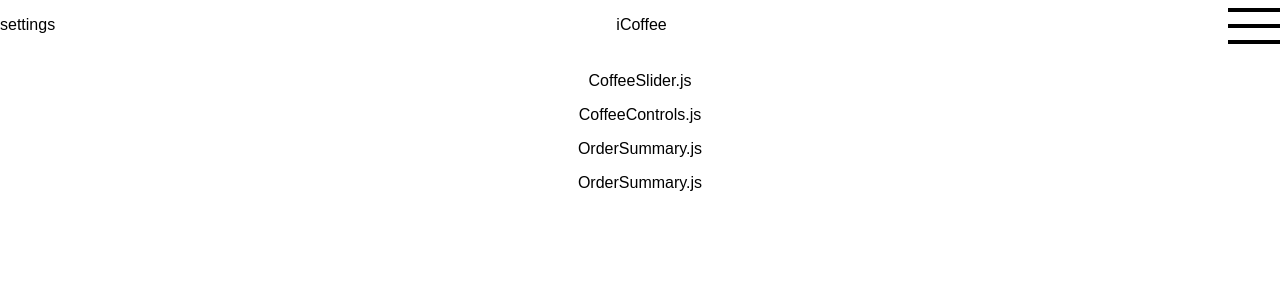
Repository: BG-Guy/CoffeeBuilder
Page: /
The author's editor kept a copy of each file at every save. The page is drawn from the files as they stood at one save, then again after the next save.
The browser window is 1280 px wide. The pictures show the whole page.
The project was rebuilt for these pictures with package versions that can differ from the ones it lists, and the page was loaded fresh each time.

Above is the page before, as saved 2020-08-15 11:57:49.

After the next save:
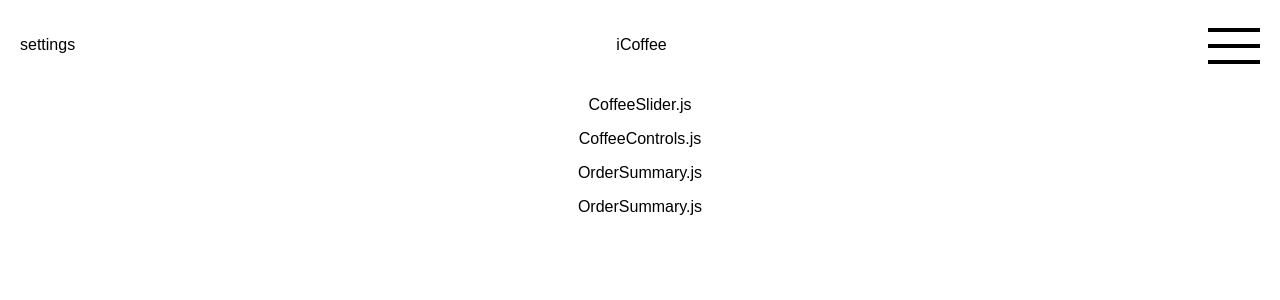
Saved 12 s later.
--- a/src/Components/Navigation/Navigation.css
+++ b/src/Components/Navigation/Navigation.css
@@ -1,4 +1,5 @@
 .Navigation {
     display: flex;
     justify-content: space-between;
+    margin: 20px;
 }
